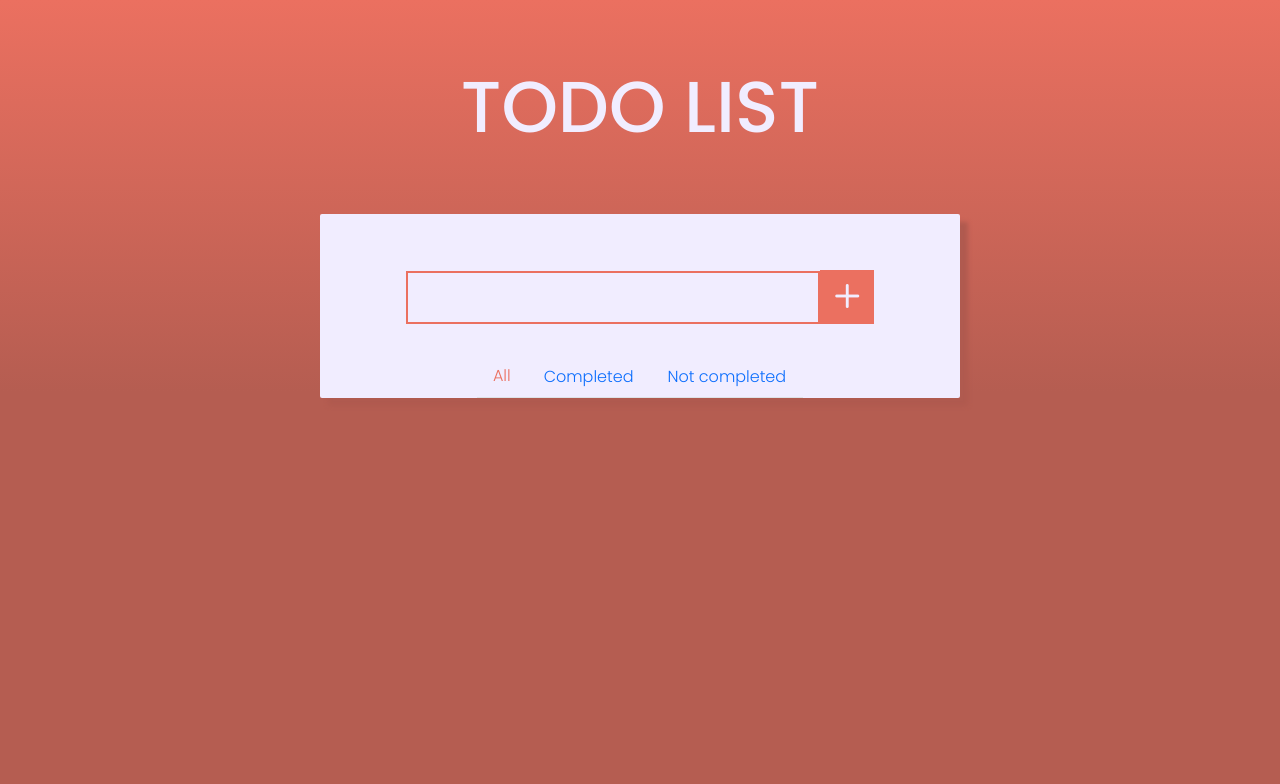
Repository: zum281/todo-list
Page: index.html
The author's editor kept a copy of each file at every save. The page is drawn from the files as they stood at one save, then again after the next save.
The browser window is 1280 px wide. The pictures show the whole page.
Some web fonts or font styles are not loaded; a fallback is used. Some web libraries are served in a nearby version. The style sheet was rebuilt from its Sass, Less or Tailwind sources for each picture, by a compiler version that may differ from the author's.

Above is the page before, as saved 2021-03-07 14:38:09.

After the next save:
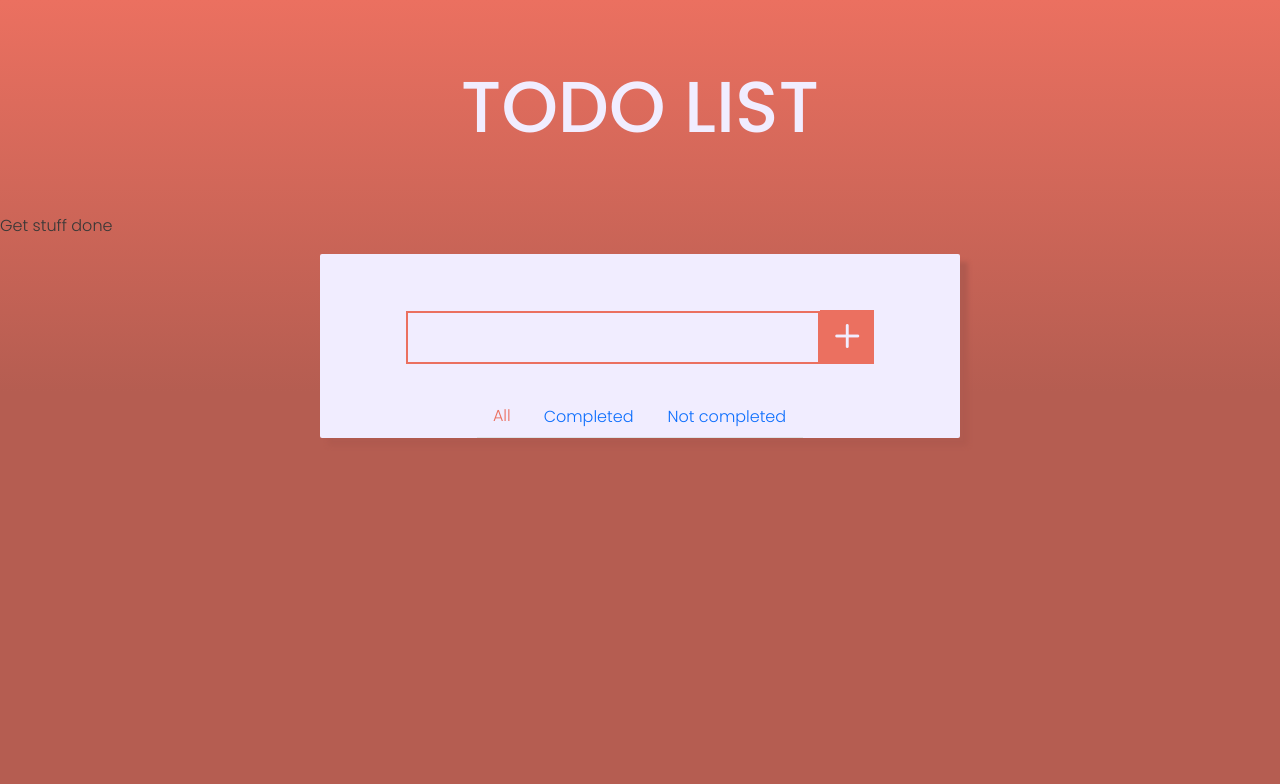
Saved 35 s later.
--- a/index.html
+++ b/index.html
@@ -24,6 +24,7 @@
 
     <body>
         <h1 class="title">TODO LIST</h1>
+        <p>Get stuff done</p>
         <div class="container main">
             <div class="add-todo-box">
                 <input type="text" name="add-todo" id="add-todo">
